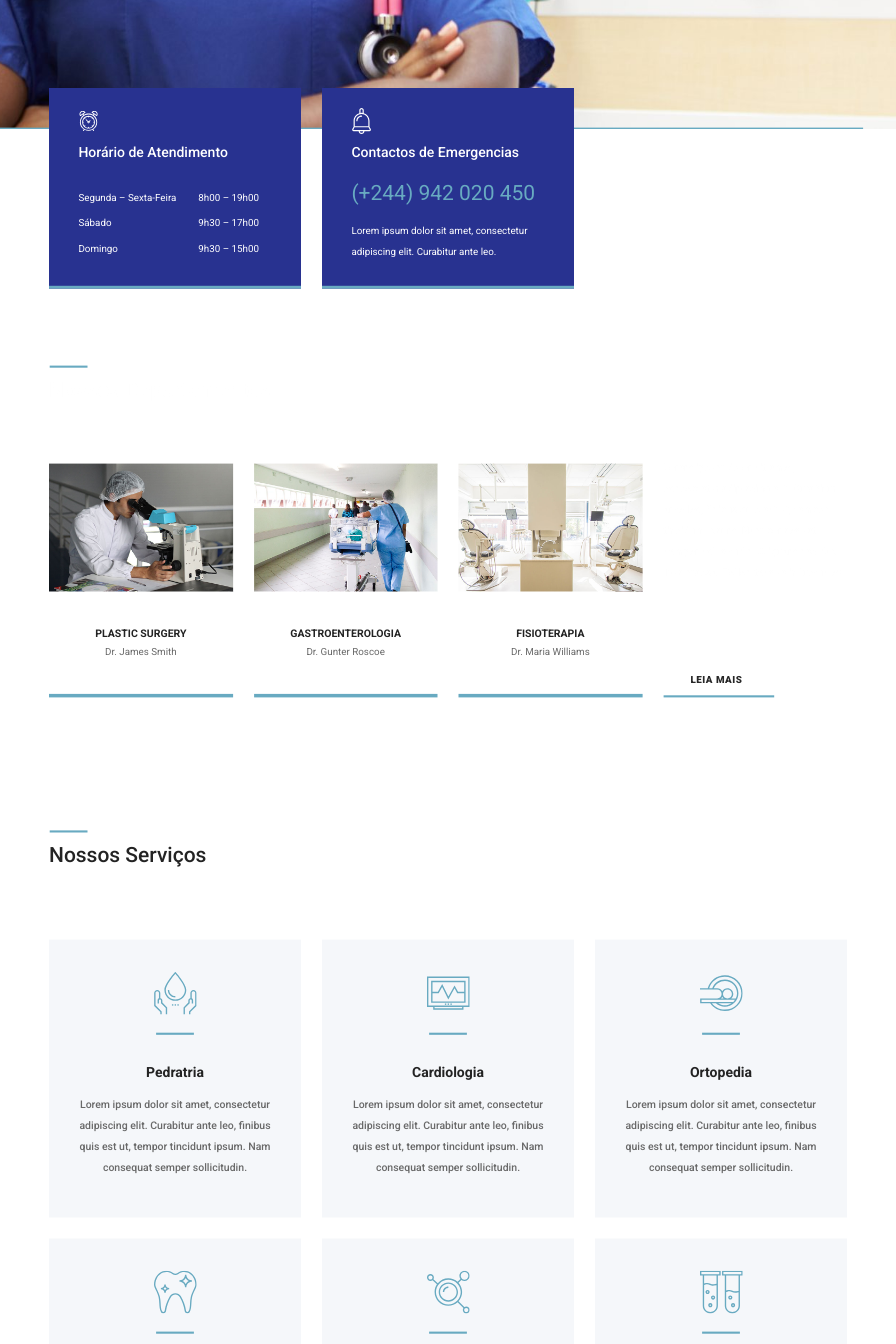
Repository: Nanitamo/centro-medico-eden-webpage
Page: index.html
These files come from the project's save history. The page is drawn as it stood at one moment and after the next save; the edit follows.
The browser window is 1280 px wide. The pictures show the part of the page from y = 715 to 2635 px (the page is 4028 px tall), at 70% of full size.

Above is the page before, as saved 2020-06-18 17:27:49.

### index.html
<!DOCTYPE html>
<html lang="pt">
<head>
<title>Centro Médico Eden</title>
<meta charset="utf-8">
<meta http-equiv="X-UA-Compatible" content="IE=edge">
<meta name="description" content="CareMed demo project">
<meta name="viewport" content="width=device-width, initial-scale=1">
<link rel="stylesheet" type="text/css" href="styles/bootstrap4/bootstrap.min.css">
<link href="plugins/font-awesome-4.7.0/css/font-awesome.min.css" rel="stylesheet" type="text/css">
<link rel="stylesheet" type="text/css" href="plugins/OwlCarousel2-2.2.1/owl.carousel.css">
<link rel="stylesheet" type="text/css" href="plugins/OwlCarousel2-2.2.1/owl.theme.default.css">
<link rel="stylesheet" type="text/css" href="plugins/OwlCarousel2-2.2.1/animate.css">
<link rel="stylesheet" type="text/css" href="styles/main_styles.css">
<link rel="stylesheet" type="text/css" href="styles/responsive.css">
</head>
<body>

<div class="super_container">

	<!-- Header -->

	<header class="header trans_200">

		<!-- Top Bar -->
		<div class="top_bar">
			<div class="container">
				<div class="row">
					<div class="col">
						<div class="top_bar_content d-flex flex-row align-items-center justify-content-start">
							<!-- <div class="top_bar_item"><a href="#">FAQ</a></div>
							<div class="top_bar_item"><a href="#">Request an Appointment</a></div> -->
							<div class="emergencies  d-flex flex-row align-items-center justify-content-start ml-auto">Emergencias: (+244) 942 020 450</div>
						</div>

					</div>
				</div>
			</div>
		</div>

		<!-- Header Content -->
		<div class="header_container">
			<div class="container">
				<div class="row">
					<div class="col">
						<div class="header_content d-flex flex-row align-items-center justify-content-start">
							<nav class="main_nav ml-auto">
								<ul>
									<li><a href="index.html">Home</a></li>
									<li><a href="about.html">Sobre Nos</a></li>
									<li><a href="services.html">Serviços</a></li>
									<li><a href="news.html">News</a></li>
									<li><a href="contact.html">Contactos</a></li>
								</ul>
							</nav>
							<div class="hamburger ml-auto"><i class="fa fa-bars" aria-hidden="true"></i></div>
						</div>
					</div>
				</div>
			</div>
		</div>

		<!-- Logo -->
		<div class="logo_container_outer">
			<div class="container">
				<div class="row">
					<div class="col">
						<div class="logo_container">
							<a href="#">
								<div class="logo_content d-flex flex-column align-items-start justify-content-center">
									<!-- <div class="logo_line"></div>
									<div class="logo d-flex flex-row align-items-center justify-content-center">
										<div class="logo_text">Care<span>Med</span></div>
										<div class="logo_box">+</div>
									</div>
									<div class="logo_sub">Health Care Center</div> -->
									<img src="./images/logo.jpg" alt="Logotipo" >
								</div>
							</a>
						</div>
					</div>
				</div>
			</div>
		</div>

	</header>

	<!-- Menu -->

	<div class="menu_container menu_mm">

		<!-- Menu Close Button -->
		<div class="menu_close_container">
			<div class="menu_close"></div>
		</div>

		<!-- Menu Items -->
		<div class="menu_inner menu_mm">
			<div class="menu menu_mm">
				<ul class="menu_list menu_mm">
					<li class="menu_item menu_mm"><a href="index.html">Home</a></li>
					<li class="menu_item menu_mm"><a href="about.html">Sobre Nos</a></li>
					<li class="menu_item menu_mm"><a href="services.html">Serviços</a></li>
					<li class="menu_item menu_mm"><a href="news.html">News</a></li>
					<li class="menu_item menu_mm"><a href="contact.html">Contactos</a></li>
				</ul>
			</div>
			<div class="menu_extra">
				<div class="menu_appointment"><a href="#">Request an Appointment</a></div>
				<div class="menu_emergencies">Para Emergencias: (+244) 942 020 450</div>
			</div>

		</div>

	</div>

	<!-- Home -->

	<div class="home">
		<div class="home_slider_container">
			<!-- Home Slider -->
			<div class="owl-carousel owl-theme home_slider">

				<!-- Slider Item -->
				<div class="owl-item">
					<div class="home_slider_background" style="background-image:url(images/bg-02.jpg)"></div>
					<div class="home_content">
						<div class="container">
							<div class="row">
								<div class="col">
									<div class="home_content_inner">
										<div class="home_title"><h1>Medicine made with care</h1></div>
										<div class="home_text">
											<p>Lorem ipsum dolor sit amet, consectetur adipiscing elit. Mauris tempus vestibulum mauris quis aliquam. Integer accumsan sodales odio, id tempus velit ullamcorper id. Quisque at erat eu.</p>
										</div>
										<div class="button home_button">
											<a href="#">leia mais</a>
										</div>
									</div>
								</div>
							</div>
						</div>
					</div>
				</div>

				<!-- Slider Item -->
				<div class="owl-item">
					<div class="home_slider_background" style="background-image:url(images/bg-02.jpg)"></div>
					<div class="home_content">
						<div class="container">
							<div class="row">
								<div class="col">
									<div class="home_content_inner">
										<div class="home_title"><h1>Medicine made with care</h1></div>
										<div class="home_text">
											<p>Lorem ipsum dolor sit amet, consectetur adipiscing elit. Mauris tempus vestibulum mauris quis aliquam. Integer accumsan sodales odio, id tempus velit ullamcorper id. Quisque at erat eu.</p>
										</div>
										<div class="button home_button">
											<a href="#">leia Mais</a>
										</div>
									</div>
								</div>
							</div>
						</div>
					</div>
				</div>

				<!-- Slider Item -->
				<div class="owl-item">
					<div class="home_slider_background" style="background-image:url(images/bg-02.jpg)"></div>
					<div class="home_content">
						<div class="container">
							<div class="row">
								<div class="col">
									<div class="home_content_inner">
										<div class="home_title"><h1>Medicine made with care</h1></div>
										<div class="home_text">
											<p>Lorem ipsum dolor sit amet, consectetur adipiscing elit. Mauris tempus vestibulum mauris quis aliquam. Integer accumsan sodales odio, id tempus velit ullamcorper id. Quisque at erat eu.</p>
										</div>
										<div class="button home_button">
											<a href="#">leia Mais</a>
										</div>
									</div>
								</div>
							</div>
						</div>
					</div>
				</div>

			</div>

			<!-- Slider Progress -->
			<div class="home_slider_progress"></div>
		</div>
	</div>

	<!-- 3 Boxes -->

	<div class="boxes">
		<div class="container">
			<div class="row">

				<!-- Box -->
				<div class="col-lg-4 box_col">
					<div class="box working_hours">
						<div class="box_icon d-flex flex-column align-items-start justify-content-center"><div style="width:29px; height:29px;"><img src="images/alarm-clock.svg" alt=""></div></div>
						<div class="box_title">Horário de Atendimento</div>
						<div class="working_hours_list">
							<ul>
								<li class="d-flex flex-row align-items-center justify-content-start">
									<div>Segunda – Sexta-Feira</div>
									<div class="ml-auto">8h00 – 19h00</div>
								</li>
								<li class="d-flex flex-row align-items-center justify-content-start">
									<div>Sábado</div>
									<div class="ml-auto">9h30 – 17h00</div>
								</li>
								<li class="d-flex flex-row align-items-center justify-content-start">
									<div>Domingo</div>
									<div class="ml-auto">9h30 – 15h00</div>
								</li>
							</ul>
						</div>
					</div>
				</div>

				<!-- Box -->
				<!-- <div class="col-lg-4 box_col">
					<div class="box box_appointments">
						<div class="box_icon d-flex flex-column align-items-start justify-content-center"><div style="width: 29px; height:29px;"><img src="images/phone-call.svg" alt=""></div></div>
						<div class="box_title">Appointments</div>
						<div class="box_text">Lorem ipsum dolor sit amet, consectetur adipiscing elit. Curabitur ante leo, finibus quis est ut, tempor tincidunt ipsum. Nam cons equat semper sollicitudin.</div>
					</div>
				</div> -->

				<!-- Box -->
				<div class="col-lg-4 box_col">
					<div class="box box_emergency">
						<div class="box_icon d-flex flex-column align-items-start justify-content-center"><div style="width: 37px; height:37px; margin-left:-4px;"><img src="images/bell.svg" alt=""></div></div>
						<div class="box_title">Contactos de Emergencias</div>
						<div class="box_phone">(+244) 942 020 450</div>
						<div class="box_emergency_text">Lorem ipsum dolor sit amet, consectetur adipiscing elit. Curabitur ante leo.</div>
					</div>
				</div>

			</div>
		</div>
	</div>

	<!-- About -->

	<!-- <div class="about">
		<div class="container">
			<div class="row row-lg-eq-height"> -->

				<!-- About Content -->
				<!-- <div class="col-lg-7">
					<div class="about_content">
						<div class="section_title"><h2>A great medical team to help your needs</h2></div>
						<div class="about_text">
							<p>Lorem ipsum dolor sit amet, consectetur adipiscing elit. Curabitur ante leo, finibus quis est ut, tempor tincidunt ipsum. Nam consequat semper sollicitudin. Aliquam nec dapibus massa. Pellen tesque in luctus ex. Praesent luctus erat sit amet tortor aliquam bibendum. Nulla ut molestie augue, scelerisque consectetur quam. Dolor sit amet, consectetur adipiscing elit. Cura bitur ante leo, finibus quis est ut, tempor tincidunt ipsum. Nam consequat semper sollicitudin. Aliquam nec dapibus massa. Pellentesque in luctus ex.</p>
						</div>
						<div class="button about_button">
							<a href="#">read more</a>
						</div>
					</div>
				</div> -->

				<!-- About Image -->
				<!-- <div class="col-lg-5">
					<div class="about_image"><img src="images/about.png" alt=""></div>
				</div>
			</div>
		</div>
	</div> -->

	<!-- Departments -->

	<div class="departments">
		<div class="departments_background parallax-window" data-parallax="scroll" data-image-src="images/departments.jpg" data-speed="0.8"></div>
		<div class="container">
			<div class="row">
				<div class="col">
					<div class="section_title section_title_light"><h2>Nossos Departamentos</h2></div>
				</div>
			</div>
			<div class="row departments_row row-md-eq-height">

				<!-- Department -->
				<div class="col-lg-3 col-md-6 dept_col">
					<div class="dept">
						<div class="dept_image"><img src="images/dept_1.jpg" alt=""></div>
						<div class="dept_content text-center">
							<div class="dept_title">plastic surgery</div>
							<div class="dept_subtitle">Dr. James Smith</div>
						</div>
					</div>
				</div>

				<!-- Department -->
				<div class="col-lg-3 col-md-6 dept_col">
					<div class="dept">
						<div class="dept_image"><img src="images/dept_2.jpg" alt=""></div>
						<div class="dept_content text-center">
							<div class="dept_title">gastroenterologia</div>
							<div class="dept_subtitle">Dr. Gunter Roscoe</div>
						</div>
					</div>
				</div>

				<!-- Department -->
				<div class="col-lg-3 col-md-6 dept_col">
					<div class="dept">
						<div class="dept_image"><img src="images/dept_3.jpg" alt=""></div>
						<div class="dept_content text-center">
							<div class="dept_title">Fisioterapia</div>
							<div class="dept_subtitle">Dr. Maria Williams</div>
						</div>
					</div>
				</div>

				<!-- Department -->
				<div class="col-lg-3 col-md-6 dept_col">
					<div class="dept">
						<div class="dept_text">
							<p>Lorem ipsum dolor sit amet, consectetur adipiscing elit. Curabitur ante leo, finibus quis est ut, tempor tincidunt ipsum. Nam consequat semper sollicitudin. Aliquam nec dap ibus massa. Pellen tesque in luctus ex.</p>
						</div>
						<div class="button dept_button"><a href="#">Leia Mais</a></div>
					</div>
				</div>
			</div>
		</div>
	</div>

	<!-- Services -->

	<div class="services">
		<div class="container">
			<div class="row">
				<div class="col">
					<div class="section_title"><h2>Nossos Serviços</h2></div>
				</div>
			</div>
			<div class="row services_row">

				<!-- Service -->
				<div class="col-lg-4 col-md-6 service_col">
					<a href="services.html">
						<div class="service text-center trans_200">
							<div class="service_icon"><img class="svg" src="images/service_1.svg" alt=""></div>
							<div class="service_title trans_200">Pedratria</div>
							<div class="service_text">
								<p>Lorem ipsum dolor sit amet, consectetur adipiscing elit. Curabitur ante leo, finibus quis est ut, tempor tincidunt ipsum. Nam consequat semper sollicitudin.</p>
							</div>
						</div>
					</a>
				</div>

				<!-- Service -->
				<div class="col-lg-4 col-md-6 service_col">
					<a href="services.html">
						<div class="service text-center trans_200">
							<div class="service_icon"><img class="svg" src="images/service_2.svg" alt=""></div>
							<div class="service_title trans_200">Cardiologia</div>
							<div class="service_text">
								<p>Lorem ipsum dolor sit amet, consectetur adipiscing elit. Curabitur ante leo, finibus quis est ut, tempor tincidunt ipsum. Nam consequat semper sollicitudin.</p>
							</div>
						</div>
					</a>
				</div>

				<!-- Service -->
				<div class="col-lg-4 col-md-6 service_col">
					<a href="services.html">
						<div class="service text-center trans_200">
							<div class="service_icon"><img class="svg" src="images/service_3.svg" alt=""></div>
							<div class="service_title trans_200">Ortopedia</div>
							<div class="service_text">
								<p>Lorem ipsum dolor sit amet, consectetur adipiscing elit. Curabitur ante leo, finibus quis est ut, tempor tincidunt ipsum. Nam consequat semper sollicitudin.</p>
							</div>
						</div>
					</a>
				</div>

				<!-- Service -->
				<div class="col-lg-4 col-md-6 service_col">
					<a href="services.html">
						<div class="service text-center trans_200">
							<div class="service_icon"><img class="svg" src="images/service_4.svg" alt=""></div>
							<div class="service_title trans_200">Medicina Dentaria</div>
							<div class="service_text">
								<p>Lorem ipsum dolor sit amet, consectetur adipiscing elit. Curabitur ante leo, finibus quis est ut, tempor tincidunt ipsum. Nam consequat semper sollicitudin.</p>
							</div>
						</div>
					</a>
				</div>

				<!-- Service -->
				<div class="col-lg-4 col-md-6 service_col">
					<a href="services.html">
						<div class="service text-center trans_200">
							<div class="service_icon"><img class="svg" src="images/service_5.svg" alt=""></div>
							<div class="service_title trans_200">Neurologia</div>
							<div class="service_text">
								<p>Lorem ipsum dolor sit amet, consectetur adipiscing elit. Curabitur ante leo, finibus quis est ut, tempor tincidunt ipsum. Nam consequat semper sollicitudin.</p>
							</div>
						</div>
					</a>
				</div>

				<!-- Service -->
				<div class="col-lg-4 col-md-6 service_col">
					<a href="services.html">
						<div class="service text-center trans_200">
							<div class="service_icon"><img class="svg" src="images/service_6.svg" alt=""></div>
							<div class="service_title trans_200">Nutrição</div>
							<div class="service_text">
								<p>Lorem ipsum dolor sit amet, consectetur adipiscing elit. Curabitur ante leo, finibus quis est ut, tempor tincidunt ipsum. Nam consequat semper sollicitudin.</p>
							</div>
						</div>
					</a>
				</div>
			</div>
		</div>
	</div>

	<!-- Call to action -->

	<div class="cta">
		<div class="cta_background parallax-window" data-parallax="scroll" data-image-src="images/cta.jpg" data-speed="0.8"></div>
		<div class="container">
			<div class="row">
				<div class="col">
					<div class="cta_content text-center">
						<h2>Precisa de um plano de saúde pessoal?</h2>
						<p>Duis massa massa, mollis vel ullamcorper quis, finibus et urna. Aliquam ac eleifend metus. Ut sollicitudin risus ex</p>
						<div class="button cta_button"><a href="#">solicitar um plano</a></div>
					</div>
				</div>
			</div>
		</div>
	</div>

	<!-- Footer -->

	<footer class="footer">
		<div class="footer_container">
			<div class="container">
				<div class="row">

					<!-- Footer - About -->
					<div class="col-lg-4 footer_col">
						<div class="footer_about">
							<div class="footer_logo_container">
								<a href="#" class="d-flex flex-column align-items-center justify-content-center">
									<!-- <div class="logo_content">
										<div class="logo d-flex flex-row align-items-center justify-content-center">
											<div class="logo_text">Care<span>Med</span></div>
											<div class="logo_box">+</div>
										</div>
										<div class="logo_sub">Health Care Center</div>
									</div> -->
									<img src="./images/logo.jpg" alt="Logotipo">
								</a>
							</div>
							<div class="footer_about_text">
								<p>Slogan</p>
							</div>
							<ul class="footer_about_list">
								<li><div class="footer_about_icon"><img src="images/phone-call.svg" alt=""></div><span>(+244) 942 020 450 | 912 755 204</span></li>
								<li><div class="footer_about_icon"><img src="images/envelope.svg" alt=""></div><span>geral@clinicaeden.org</span></li>
								<li><div class="footer_about_icon"><img src="images/placeholder.svg" alt=""></div><span>Rua dos Lírios nº61, Urb. Jardins do Éden, Camama, Município de Belas, Luanda-Angola</span></li>
							</ul>
						</div>
					</div>

					<!-- Footer - Links -->
					<div class="col-lg-4 footer_col">
						<div class="footer_links footer_column">
							<div class="footer_title">Outras Entidade</div>
							<ul>
								<!-- <li><a href="#">Testimonials</a></li>
								<li><a href="#">FAQ</a></li>
								<li><a href="#">Apply for a Job</a></li>
								<li><a href="#">Terms & Conditions</a></li>
								<li><a href="#">Our Partners</a></li>
								<li><a href="#">Services</a></li>-->
								<li><a href="#">About us</a></li>
								<li><a href="#">News</a></li>
								<li><a href="#">Contact</a></li>

							</ul>
						</div>
					</div>

					<!-- Footer - News -->
					<div class="col-lg-4 footer_col">
						<div class="footer_news footer_column">
							<div class="footer_title">Links de interesse </div>
							<ul>
								<li>
									<div class="footer_news_title"><a href="news.html">Aliquam ac eleifend metus</a></div>
									<div class="footer_news_date">Junho 10, 2020</div>
								</li>
								<li>
									<div class="footer_news_title"><a href="news.html">Donec in libero sit amet mi vulputate</a></div>
									<div class="footer_news_date">Junho 10, 2020</div>
								</li>
								<li>
									<div class="footer_news_title"><a href="news.html">Aliquam ac eleifend metus</a></div>
									<div class="footer_news_date">Junho 10, 2020</div>
								</li>
							</ul>
						</div>
					</div>
				</div>
			</div>
		</div>
		<div class="copyright">
			<div class="container">
				<div class="row">
					<div class="col">
						<div class="copyright_content d-flex flex-lg-row flex-column align-items-lg-center justify-content-start">
							<div class="cr"><!-- Link back to Colorlib can't be removed. Template is licensed under CC BY 3.0. -->
						Copyright &copy;<script>document.write(new Date().getFullYear());</script> Todos os Direitos Reservados <i class="fa fa-heart-o" aria-hidden="true"></i> by <a href="" target="_blank">Centro Medico Eden</a>
<!-- Link back to Colorlib can't be removed. Template is licensed under CC BY 3.0. --></div>
							<div class="footer_social ml-lg-auto">
								<ul>
									<!-- <li><a href="#"><i class="fa fa-pinterest" aria-hidden="true"></i></a></li> -->
									<li><a href="#"><i class="fa fa-facebook" aria-hidden="true"></i></a></li>
									<li><a href="#"><i class="fa fa-twitter" aria-hidden="true"></i></a></li>
									<!-- <li><a href="#"><i class="fa fa-dribbble" aria-hidden="true"></i></a></li>
									<li><a href="#"><i class="fa fa-behance" aria-hidden="true"></i></a></li> -->
									<li><a href="#"><i class="fa fa-linkedin" aria-hidden="true"></i></a></li>
								</ul>
							</div>
						</div>
					</div>
				</div>
			</div>
		</div>
	</footer>
</div>

<script src="js/jquery-3.2.1.min.js"></script>
<script src="styles/bootstrap4/popper.js"></script>
<script src="styles/bootstrap4/bootstrap.min.js"></script>
<script src="plugins/OwlCarousel2-2.2.1/owl.carousel.js"></script>
<script src="plugins/easing/easing.js"></script>
<script src="plugins/parallax-js-master/parallax.min.js"></script>
<script src="js/custom.js"></script>
</body>
</html>

Loaded but not shown: styles/bootstrap4/bootstrap.min.css (library); plugins/font-awesome-4.7.0/css/font-awesome.min.css (library); plugins/OwlCarousel2-2.2.1/owl.carousel.css (library); plugins/OwlCarousel2-2.2.1/owl.theme.default.css (common file); plugins/OwlCarousel2-2.2.1/animate.css (library); js/jquery-3.2.1.min.js (library); styles/bootstrap4/popper.js (library); styles/bootstrap4/bootstrap.min.js (library); plugins/OwlCarousel2-2.2.1/owl.carousel.js (library); plugins/easing/easing.js (library); plugins/parallax-js-master/parallax.min.js (library); js/custom.js (204 lines, source omitted); styles/main_styles.css (1312 lines, source omitted); styles/responsive.css (427 lines, source omitted)

After the next save:
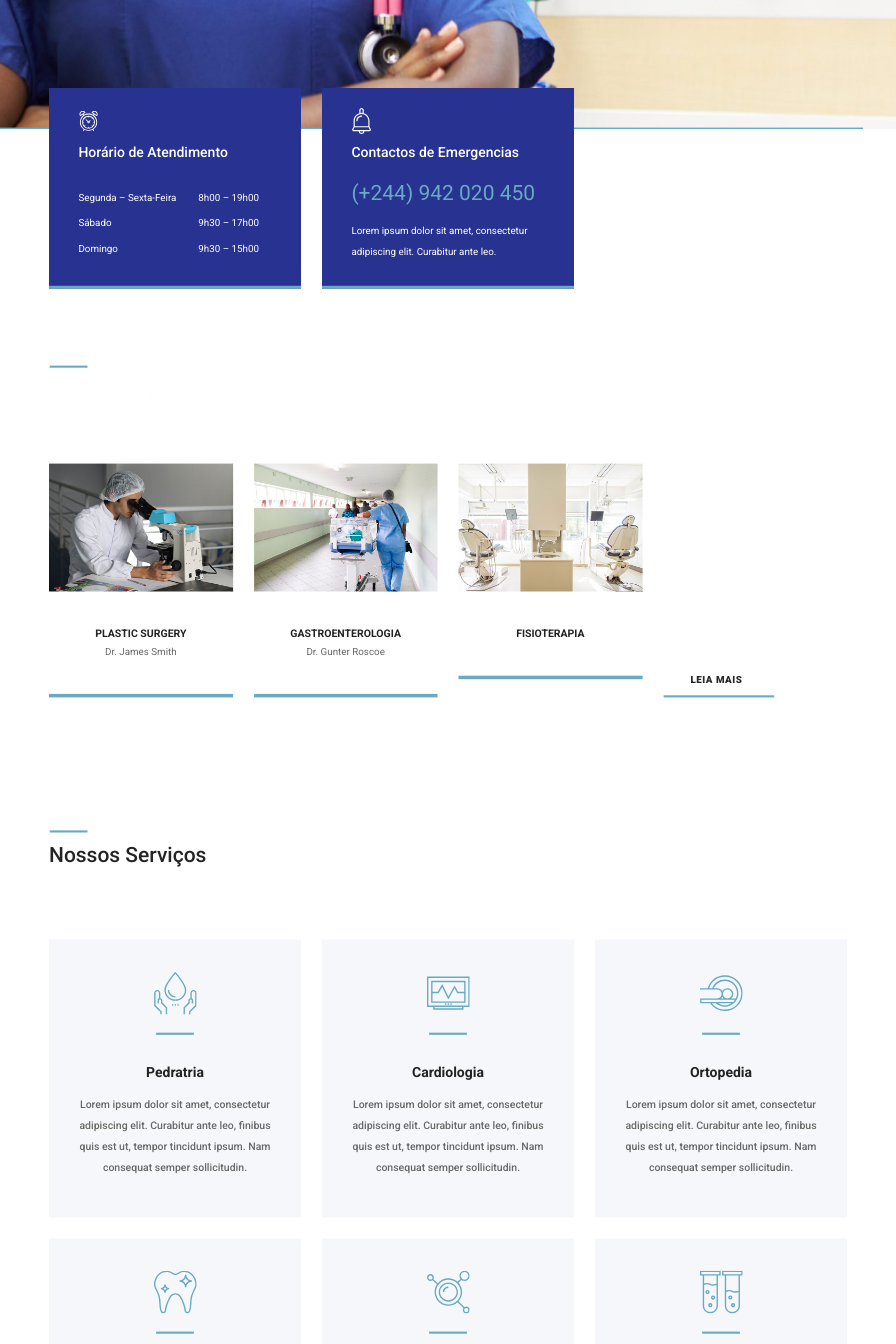
Saved 6 s later.
--- a/index.html
+++ b/index.html
@@ -314,7 +314,7 @@
 						<div class="dept_image"><img src="images/dept_3.jpg" alt=""></div>
 						<div class="dept_content text-center">
 							<div class="dept_title">Fisioterapia</div>
-							<div class="dept_subtitle">Dr. Maria Williams</div>
+							<!-- <div class="dept_subtitle">Dr. Maria Williams</div> -->
 						</div>
 					</div>
 				</div>
